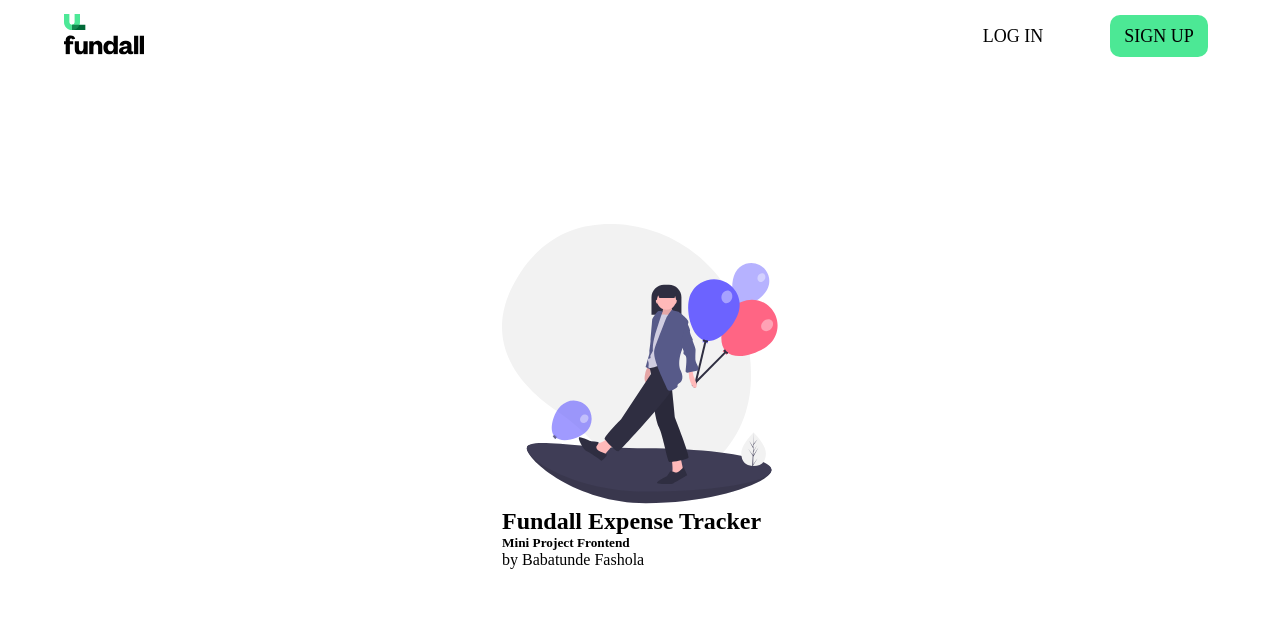
Repository: nilesjamex/niffty
Page: /
These files come from the project's save history. The page is drawn as it stood at one moment and after the next save; the edit follows.
The browser window is 1280 px wide. The pictures show the whole page.
The project was rebuilt for these pictures with package versions that can differ from the ones it lists, and the page was loaded fresh each time.

Above is the page before, as saved 2022-04-16 15:22:32.

### src/main.js
import { createApp } from 'vue'
import App from './App.vue'
import router from './router'
import '@/styles/global.scss'

createApp(App).use(router).mount('#app')

### src/App.vue
<template>
 <Nav />
  <router-view/>
</template>
<script>
// @ is an alias to /src
import Nav from "@/components/Nav.vue"
export default {
  components: {
    Nav
  }
}
</script>
<style lang="scss">


#nav {
  padding: 30px;

  a {
    font-weight: bold;
    color: #2c3e50;

    &.router-link-exact-active {
      color: #42b983;
    }
  }
}
</style>

### src/styles/global.scss
@import './variables';
@import './mixins.scss';
@import './_typography.scss';
* {
    margin: 0;
    padding: 0;
    box-sizing: border-box;
    max-width: 100vw;
}
button {
    border: none;
    outline: none;
}
a {
    color: inherit;
    text-decoration: none;
}
li {
    list-style: none;
}
.button--signup {
    width: 98.01px;
    height: 42px;
    background: $access-bg;
    border-radius: 10px;
    @include flex(center, center);
    @include access {

    }
}

### src/components/Nav.vue
<template>
  <nav>
      <div>
          <img src="@/assets/logo.svg" alt="">
      </div>
      <ul>
          <li>
              <button class="button--signup" style="
              background: transparent;">
              LOG IN
              </button>
          </li>
          <li>
              <button class="button--signup">
                  SIGN UP
              </button>
          </li>
      </ul>
  </nav>
</template>

<script>
export default {

}
</script>

<style lang="scss" scoped>
@import '@/styles/mixins.scss';
@import '@/styles/_variables.scss';
@import '@/styles/_typography.scss';
nav {
    padding: 1rem 5%;
    height: 10vh;
    @include flex(space-between, center);
    ul {
        display: flex;
        align-items: center;
        gap: 2rem;
      li {
          margin: 0 0.5rem;
      }
    }
}
</style>

### src/views/Home.vue
<template>
  <section>
    <div class="section--box">
      <div class="home--img">
        <img src="@/assets/girl.svg" alt="">
      </div>
      <div class="home--text">
        <div class="home--text--content">
          <h2>
            Fundall Expense Tracker
          </h2>
          <h5>
            Mini Project Frontend
          </h5>
        </div>
        <div class="home--text--author">
          <p>
            by Babatunde Fashola
          </p>
        </div>
      </div>
    </div>
  </section>
</template>

<script>
// @ is an alias to /src


export default {
  name: 'Home',
  components: {
  }
}
</script>
<style lang="scss" scoped>
@import '@/styles/mixins.scss';
@import '@/styles/_variables.scss';
@import '@/styles/_typography.scss';
section {
  @include flex(center,center);
  height: 90vh;
}
</style>

### src/styles/_variables.scss
// colors
$access-bg: #4CE895;

### src/styles/mixins.scss
@mixin flex($justify: flex-start, $align: flex-start) {
    display: flex;
    justify-content: $justify;
    align-items: $align;
}

### src/styles/_typography.scss
@mixin access {
    font-family: 'Circular Std';
    font-size: 1.125rem;
    line-height: 23px;
    color: #000000;
    @content;
}
@mixin heading {
    font-family: 'Circular Std';
    font-size: 2.5rem;
    line-height: 51px;
    color: #000000;
    @content;
}

Loaded but not shown: public/index.html (common file); src/router/index.js (common file)

After the next save:
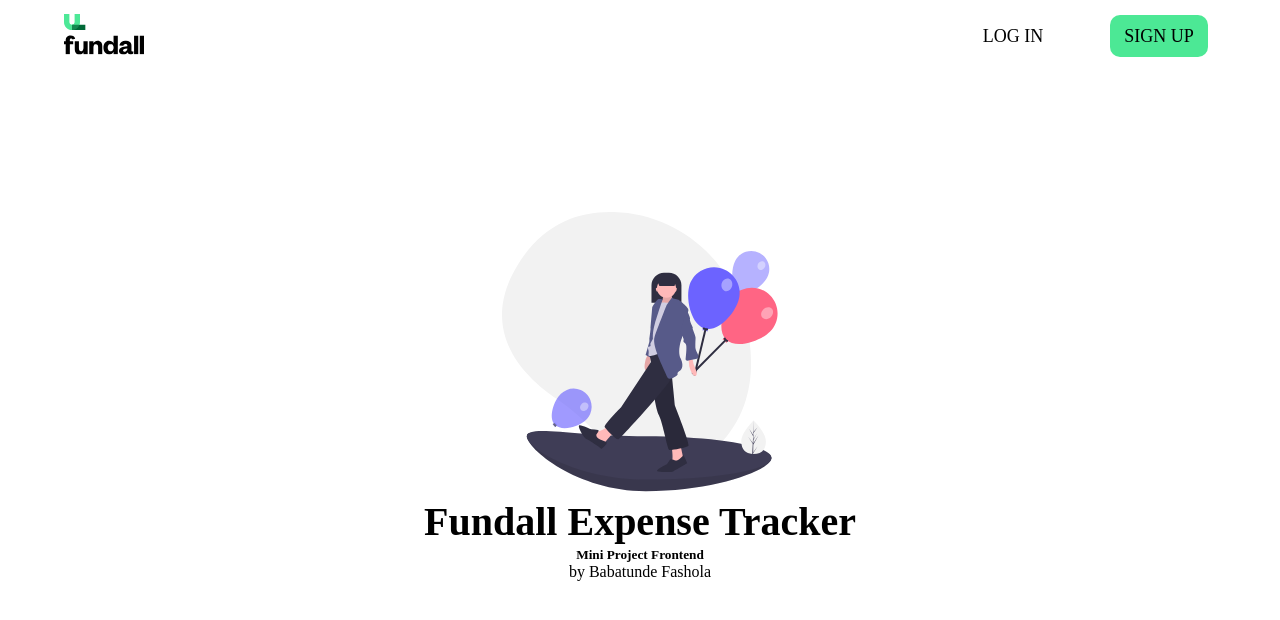
Saved 53 s later.
--- a/src/views/Home.vue
+++ b/src/views/Home.vue
@@ -41,4 +41,14 @@
   @include flex(center,center);
   height: 90vh;
 }
+.section--box {
+  text-align: center;
+}
+.home--text {
+  .home--text--content {
+    h2 {
+      @include heading
+    }
+  }
+}
 </style>
